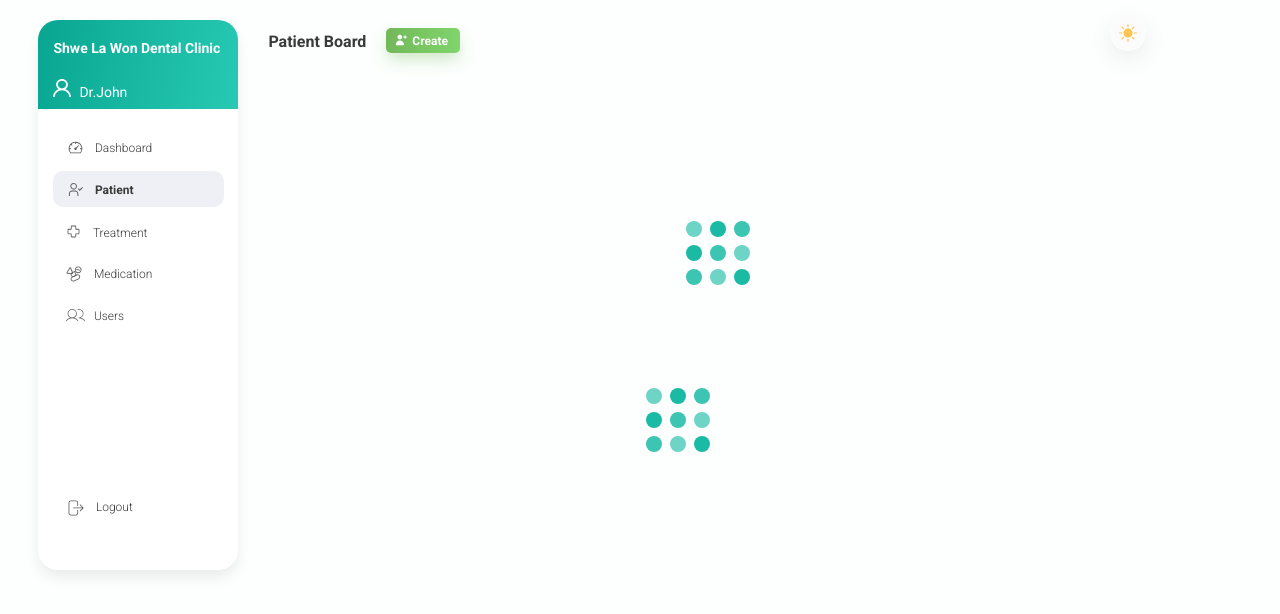
Repository: mrkaskar/frontendpatientrecord_typescript
Page: /patient
An editor plug-in stored every save of this project. The page is shown before and after the next save, followed by the edit.
The browser window is 1280 px wide. The pictures show the whole page.
The page's requests for data from a server got no answer. The project was rebuilt for these pictures with package versions that can differ from the ones it lists, and the page was loaded fresh each time. No one was signed in, and anything a server would have sent is missing. Also part of the build but not shown: src/components/checkbox/styles/index.css, src/components/checkbox/main.tsx, src/components/dropdown/styles/index.css, src/components/dropdown/main.tsx, src/components/iconbutton/styles/index.css, src/components/iconbutton/main.tsx, src/components/table/styles/index.css, src/components/table/main.tsx and 36 more.

Above is the page before, as saved 2021-12-26 21:29:37.

After the next save:
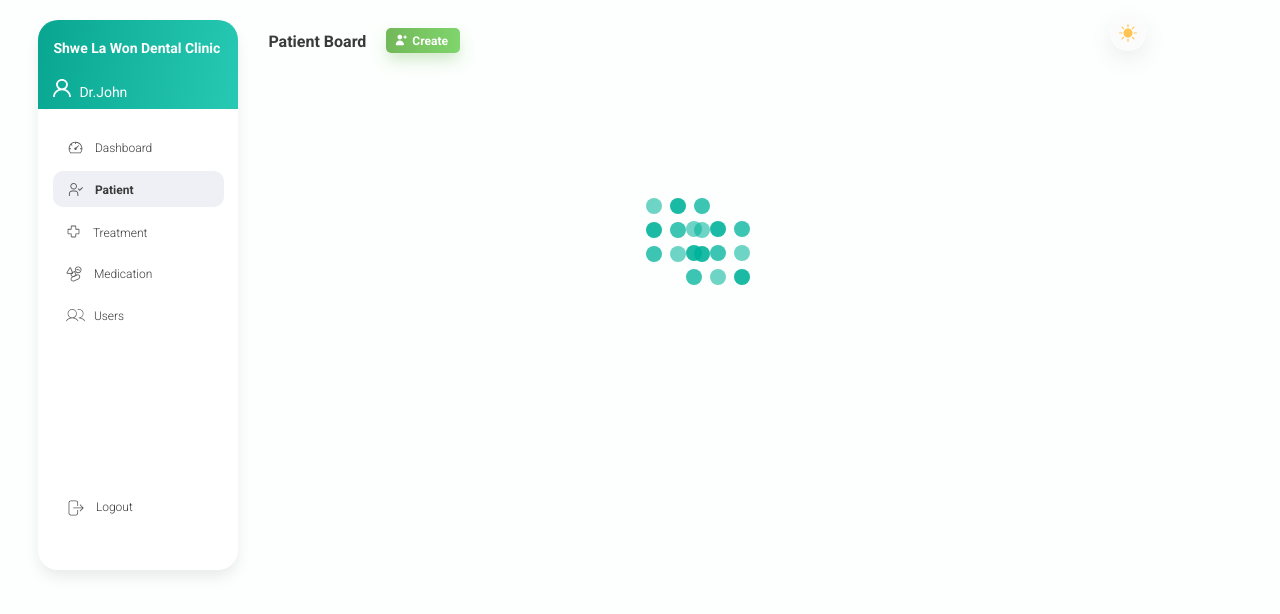
Saved 4 s later.
--- a/src/modules/patient/components/PatientTable.tsx
+++ b/src/modules/patient/components/PatientTable.tsx
@@ -143,7 +143,7 @@ function PatientTable():ReactElement {
                 alignItems: 'center',
                 position: 'absolute',
                 left: '400px',
-                top: '200px',
+                top: '10px',
               }}
             >
               <Loader />
